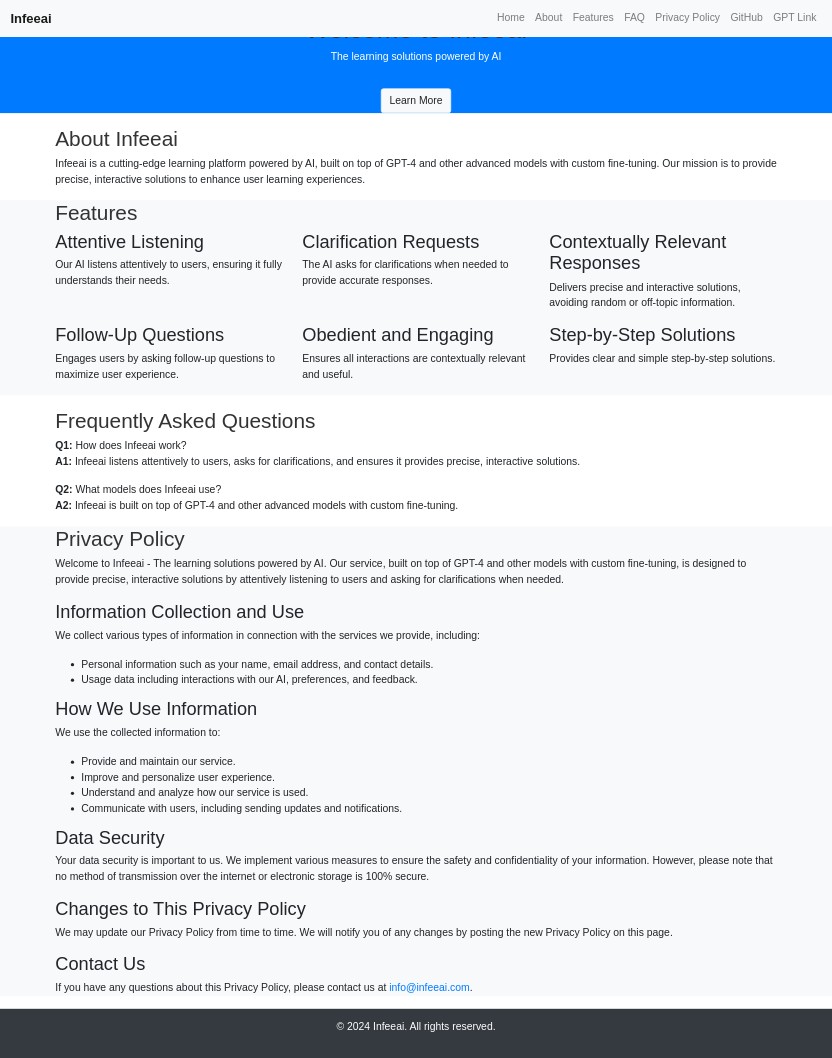
Repository: sundarsharma332/infeeaigpt
Page: index.html
An editor plug-in stored every save of this project. The page is shown before and after the next save, followed by the edit.
The browser window is 1280 px wide. The pictures show the whole page, at 65% of full size.

Above is the page before, as saved 2024-07-29 15:21:45.
Console error: TypeError: Cannot set properties of null (setting 'innerHTML')

After the next save:
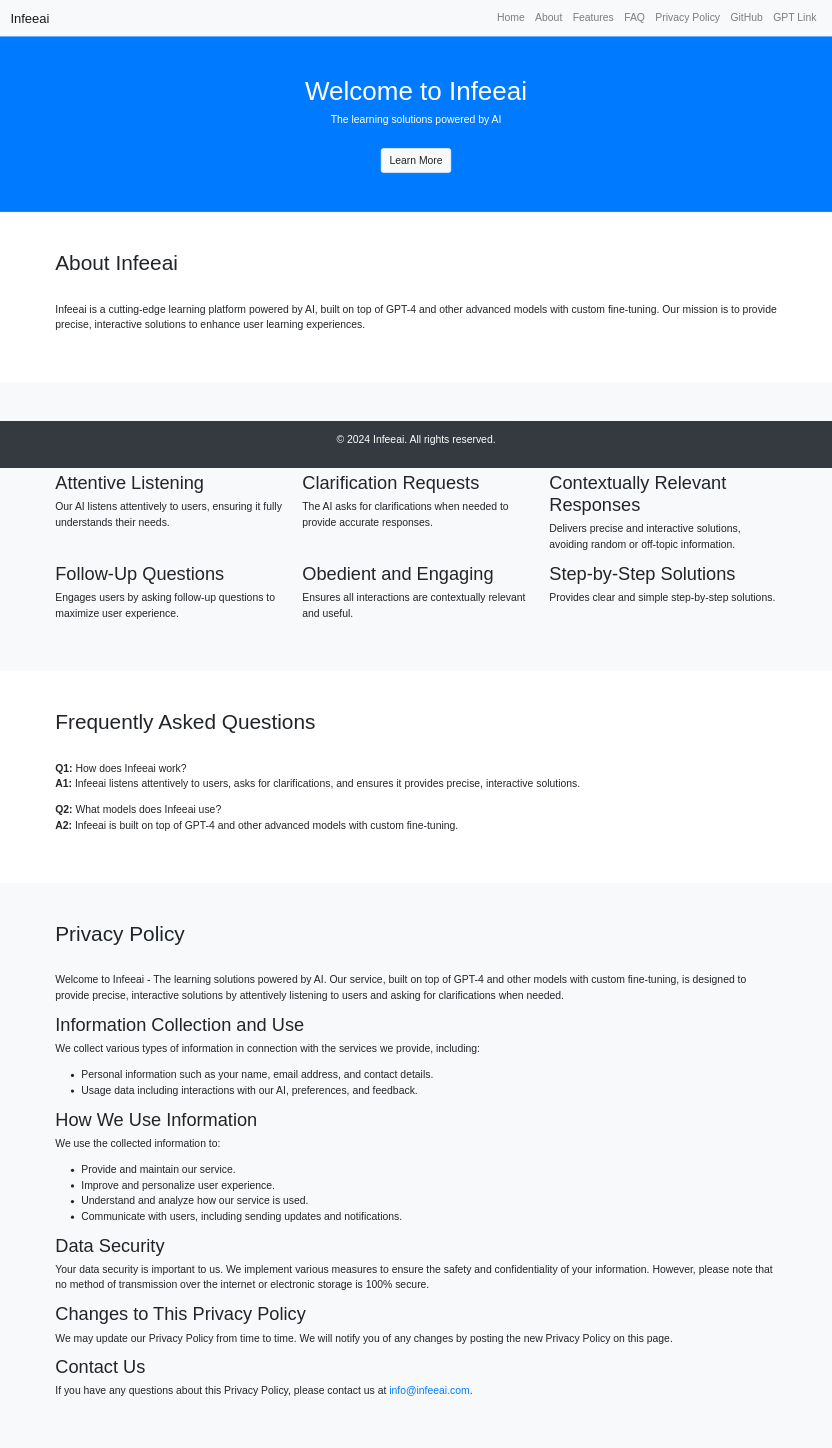
Saved 7 s later.
--- a/css/style.css
+++ b/css/style.css
@@ -1,20 +1,27 @@
 body {
     font-family: Arial, sans-serif;
+    padding-top: 56px;
 }
 
-.container {
-    margin-top: 20px;
+.section {
+    padding: 60px 0;
 }
 
-.navbar-brand {
-    font-weight: bold;
+.section h2 {
+    margin-bottom: 40px;
 }
 
-h1,
-h2 {
-    color: #333;
+.section.bg-primary {
+    background-color: #007bff;
+    color: white;
 }
 
-p {
-    margin-bottom: 20px;
+.section.bg-light {
+    background-color: #f8f9fa;
 }
+
+footer {
+    position: fixed;
+    bottom: 0;
+    width: 100%;
+}
